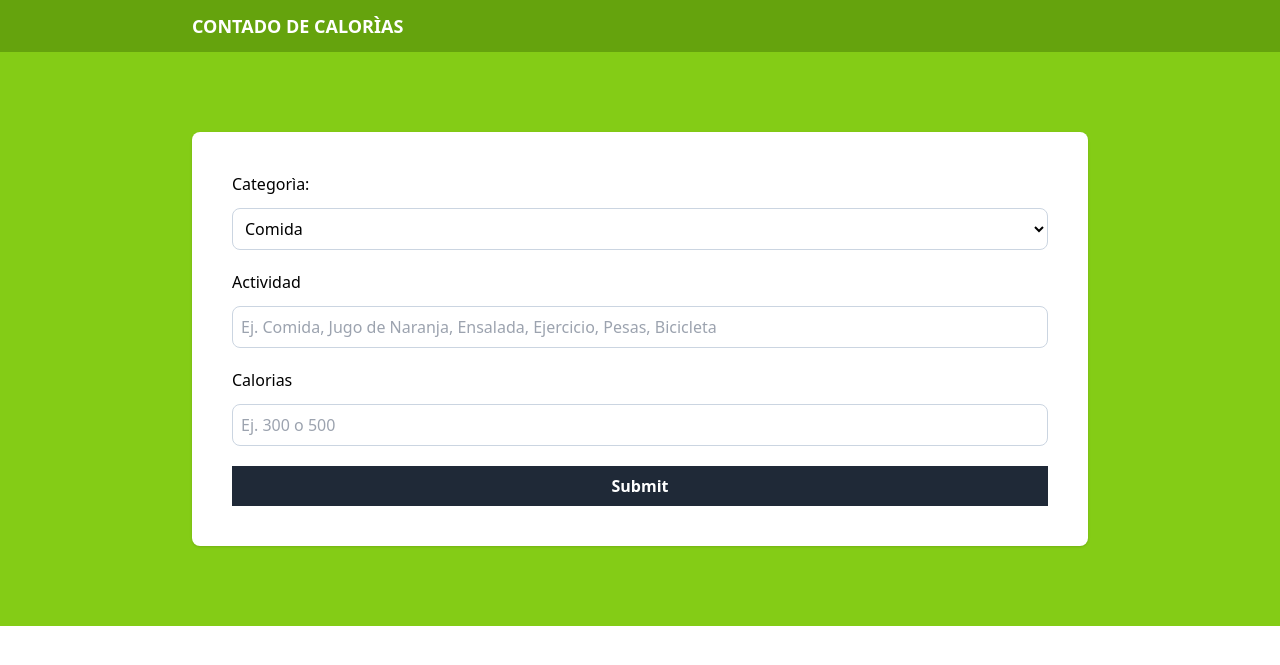
Repository: Matiiu/calorie-tracker
Page: /
These files come from the project's save history. The page is drawn as it stood at one moment and after the next save; the edit follows.
The browser window is 1280 px wide. The pictures show the whole page.
The project was rebuilt for these pictures with package versions that can differ from the ones it lists, and the page was loaded fresh each time. Also part of the build but not shown: vite.config.ts.

Above is the page before, as saved 2024-03-30 22:48:28.

After the next save:
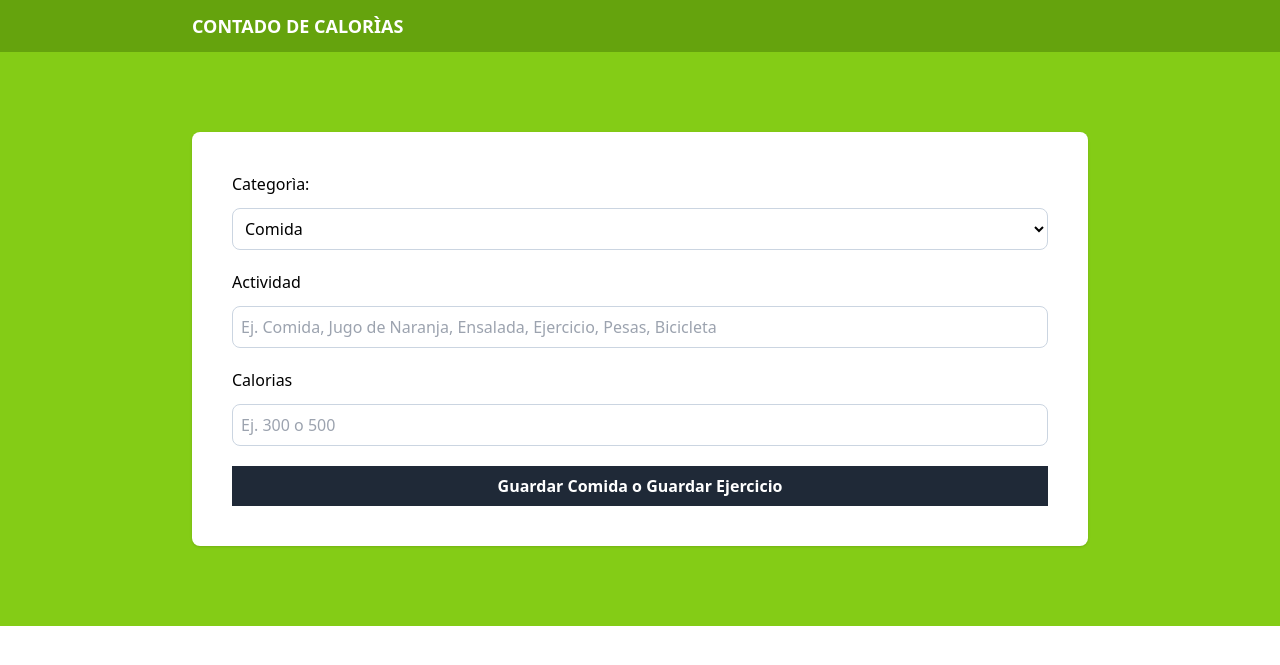
Saved 50 s later.
--- a/src/components/Form.tsx
+++ b/src/components/Form.tsx
@@ -44,6 +44,7 @@ export default function Form() {
       <input
         type="submit"
         className="bg-gray-800 hover:bg-gray-900 w-full p-2 font-bold text-white cursor-pointer"
+        value="Guardar Comida o Guardar Ejercicio"
       />
     </form>
   );
